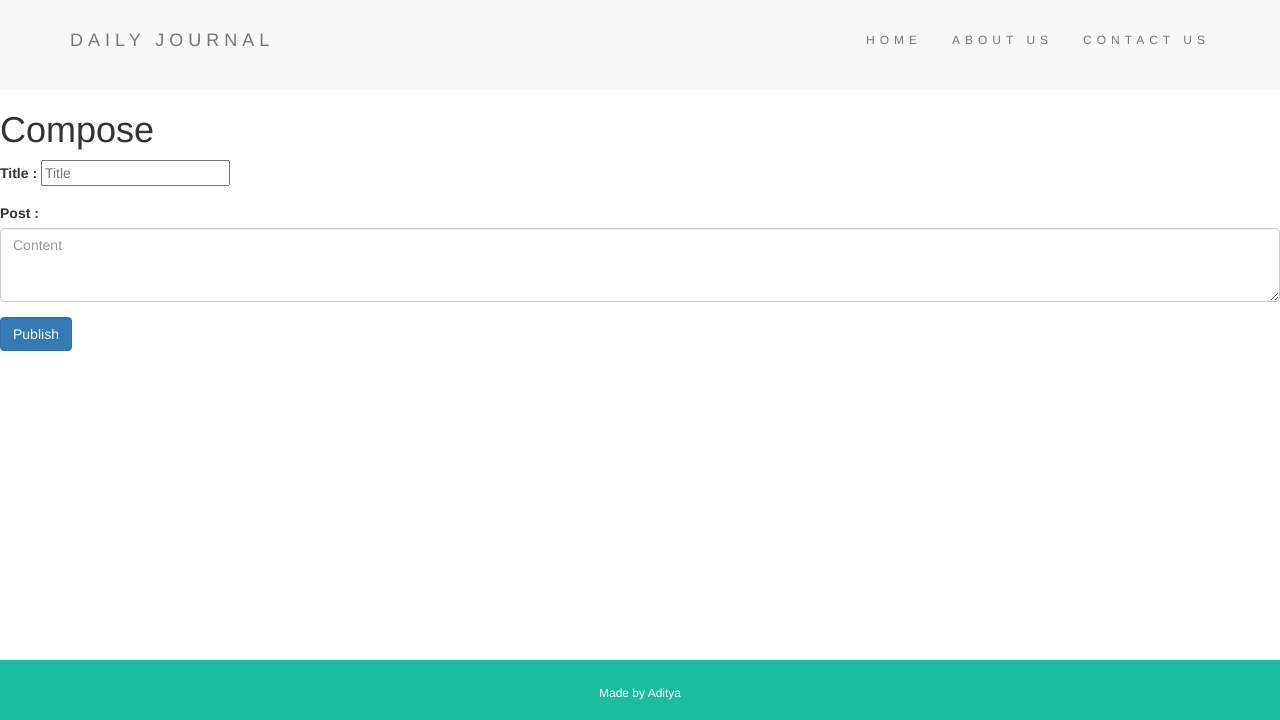
Repository: aditya-jha-kumar/Journal
Page: http://localhost/compose
The author's editor kept a copy of each file at every save. The page is drawn from the files as they stood at one save, then again after the next save.
The browser window is 1280 px wide. The pictures show the whole page.
The page is served by the project's Node server (app.js).

Above is the page before, as saved 2024-04-13 00:23:00.

After the next save:
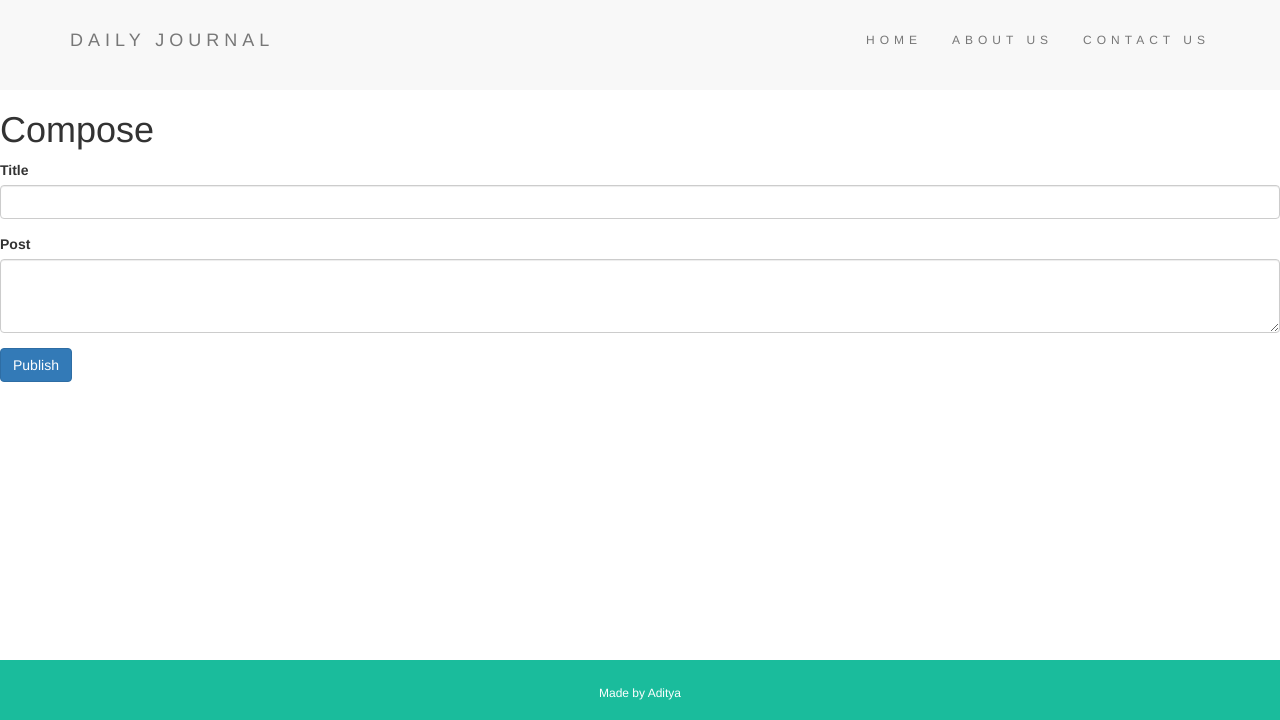
Saved 86 s later.
--- a/views/compose.ejs
+++ b/views/compose.ejs
@@ -1,26 +1,24 @@
 <%- include("partials/header") -%>
+
 <form action="/compose" method="post">
   <h1>Compose</h1>
+
   <div class="form-group">
-    <label for="postTitle"> Title : </label>
-    <input
-      type="text"
-      class="form=control"
-      name="postTitle"
-      id="postTitle"
-      placeholder="Title"
-    />
+    <label for="postTitle">Title</label>
+    <input type="text" class="form-control" id="postTitle" name="postTitle" />
   </div>
+
   <div class="form-group">
-    <label for="postBody">Post : </label>
+    <label for="postBody">Post</label>
     <textarea
       class="form-control"
       id="postBody"
       name="postBody"
       rows="3"
-      placeholder="Content"
     ></textarea>
   </div>
+
   <button type="submit" class="btn btn-primary">Publish</button>
 </form>
+
 <%- include("partials/footer") -%>
